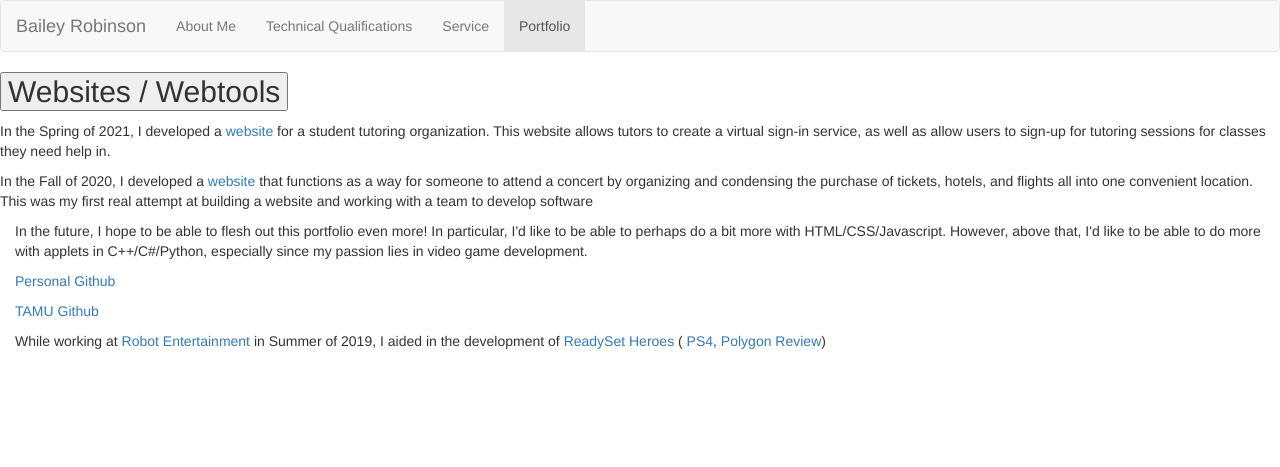
Repository: baileyjrob/personal_website
Page: portfolio.html
An editor plug-in stored every save of this project. The page is shown before and after the next save, followed by the edit.
The browser window is 1280 px wide. The pictures show the whole page.

Above is the page before, as saved 2022-04-20 13:07:58.

### portfolio.html
<!DOCTYPE html>
<html lang=en>

<head>
    <title>Bailey Robinson</title>
    <meta charset="utf-8">
    <meta name="viewport" content="width=device-width, initial-scale=1">
    <!-- Latest compiled and minified CSS -->
    <link rel="stylesheet" href="https://maxcdn.bootstrapcdn.com/bootstrap/3.4.1/css/bootstrap.min.css">

    <!-- jQuery library -->
    <script src="https://ajax.googleapis.com/ajax/libs/jquery/3.5.1/jquery.min.js"></script>

    <!-- Latest compiled JavaScript -->
    <script src="https://maxcdn.bootstrapcdn.com/bootstrap/3.4.1/js/bootstrap.min.js"></script>
</head>

<body>
    <nav class="navbar navbar-default">
        <div class="container-fluid">
            <div class="navbar-header">
                <a class="navbar-brand" href="index.html">Bailey Robinson</a>
            </div>
            <ul class="nav navbar-nav">
                <li><a href="about.html">About Me</a></li>
                <li><a href="techqual.html">Technical Qualifications</a></li>
                <li><a href="service.html">Service</a></li>
                <li class="active"><a href="portfolio.html">Portfolio</a></li>
            </ul>
        </div>
    </nav>
    <div class="accordion" id="accordionFields">
        <div class="accordion-item">
            <h2 class="accordion-header" id="headingWeb">
                <button class="accordion-button" type="button" data-bs-toggle="collapse" data-bs-target="#collapseOne"
                    aria-expanded="true" aria-controls="collapseOne">
                    Websites / Webtools
                </button>
            </h2>
            <div id="collapseOne" class="accordion-collapse collapse show" aria-labelledby="headingOne"
                data-bs-parent="#accordionExample">
                <div class="accordion-body">
                    <p>In the Spring of 2021, I developed a <a href="https://ortutoring.herokuapp.com/">website</a> for
                        a student
                        tutoring
                        organization. This website allows tutors to create a virtual sign-in service, as well as allow
                        users to sign-up
                        for
                        tutoring sessions for classes they need help in.
                    </p>
                    <p>In the Fall of 2020, I developed a <a href="secret.html">website</a> that functions as a way for
                        someone to
                        attend a concert by organizing and condensing the purchase of tickets, hotels, and flights all
                        into one convenient
                        location. This was my first real attempt at building a website and working with a team to
                        develop software </p>
                </div>
            </div>
        </div>
    </div>
    <div class="container-fluid">
        <p> In the future, I hope to be able to flesh out this portfolio even more! In particular, I'd like to be able
            to
            perhaps do a bit more with HTML/CSS/Javascript. However, above that, I'd like to be able to do more with
            applets
            in
            C++/C#/Python, especially since my passion lies in video game development.</p>
        <p><a href="https://github.com/baileyjrob">Personal Github</a></p>
        <p><a href="https://github.tamu.edu/baileyjrob">TAMU Github</a></p>
        <p>While working at
            <a href="https://robotentertainment.com/">Robot Entertainment</a>
            in Summer of 2019, I aided in the development of
            <a href="https://www.epicgames.com/store/en-US/product/readyset-heroes/home">
                ReadySet Heroes</a> (
            <a href="https://www.playstation.com/en-us/games/readyset-heroes-ps4/">PS4</a>,
            <a
                href="https://www.polygon.com/2019/9/5/20851325/readyset-heroes-preview-release-date-pc-epic-ps4-trailer">
                Polygon Review</a>)
        </p>
    </div>
</body>

</html>

After the next save:
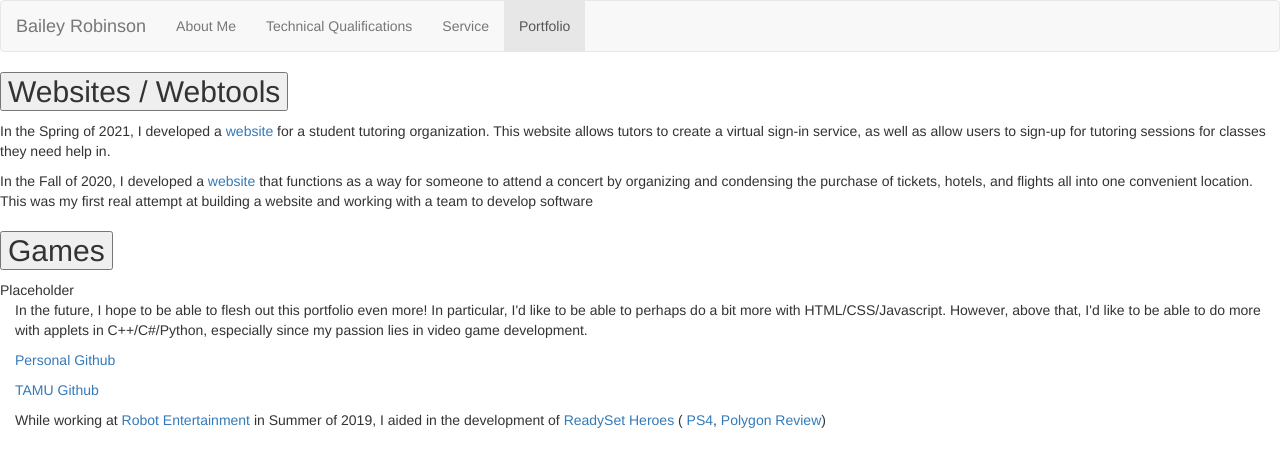
Saved 68 s later.
--- a/portfolio.html
+++ b/portfolio.html
@@ -57,6 +57,20 @@
                 </div>
             </div>
         </div>
+        <div class="accordion-item">
+            <h2 class="accordion-header" id="headingGames">
+                <button class="accordion-button" type="button" data-bs-toggle="collapse" data-bs-target="#collapseOne"
+                    aria-expanded="true" aria-controls="collapseOne">
+                    Games
+                </button>
+            </h2>
+            <div id="collapseOne" class="accordion-collapse collapse show" aria-labelledby="headingOne"
+                data-bs-parent="#accordionExample">
+                <div class="accordion-body">
+                    Placeholder
+                </div>
+            </div>
+        </div>
     </div>
     <div class="container-fluid">
         <p> In the future, I hope to be able to flesh out this portfolio even more! In particular, I'd like to be able
